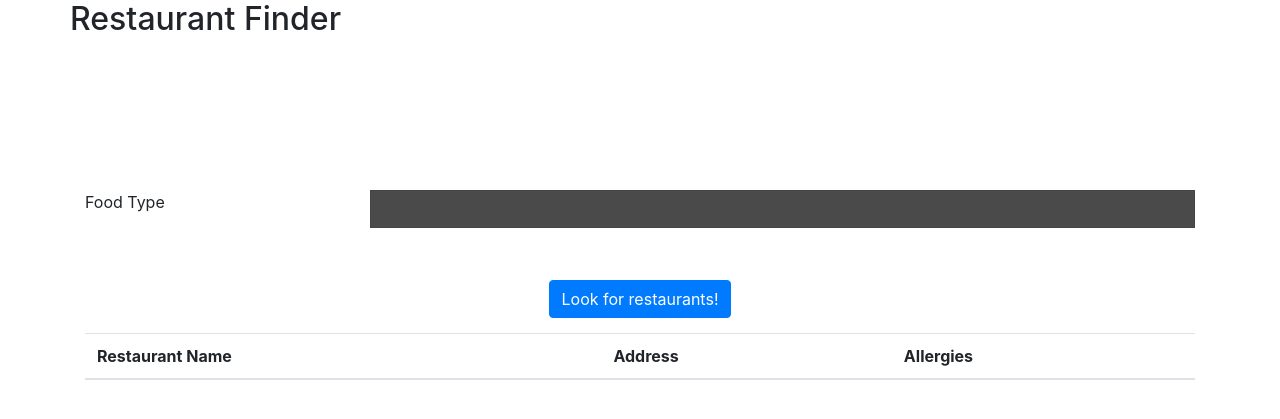
Repository: KobeRox/Loremips
Page: index.html
The author's editor kept a copy of each file at every save. The page is drawn from the files as they stood at one save, then again after the next save.
The browser window is 1280 px wide. The pictures show the whole page.
Some web libraries are served in a nearby version.

Above is the page before, as saved 2019-09-08 21:52:01.
Console error: TypeError: Cannot read properties of undefined (reading 'fn')

### index.html
<html>

<head>
    <link rel="stylesheet" href="style.css">
    <link rel="stylesheet" href="https://stackpath.bootstrapcdn.com/bootstrap/4.3.1/css/bootstrap.min.css"
        integrity="sha384-ggOyR0iXCbMQv3Xipma34MD+dH/1fQ784/j6cY/iJTQUOhcWr7x9JvoRxT2MZw1T" crossorigin="anonymous">
    <script src="https://stackpath.bootstrapcdn.com/bootstrap/4.3.1/js/bootstrap.min.js"
        integrity="sha384-JjSmVgyd0p3pXB1rRibZUAYoIIy6OrQ6VrjIEaFf/nJGzIxFDsf4x0xIM+B07jRM"
        crossorigin="anonymous"></script>
    <script src="https://ajax.googleapis.com/ajax/libs/jquery/3.4.1/jquery.min.js"></script>
    <script src="https://code.jquery.com/ui/1.12.1/jquery-ui.min.js"></script>
    <script src="zomato_cuisines.js"></script>
    <script src="zomato_restaurants.js"></script>
    <script src="contractResponse.js"></script>
    <script src="convertDataToHtml.js"></script>
    <script type="text/javascript" charset="utf-8">

        $(document).ready(function () {

            $("#searchbar").autocomplete({

                minLength: 0,
                source: get_cuisineList(),
                focus: function (event, ui) {
                    $("#searchbar").val(ui.item.label);
                    return false;
                },
                select: function (event, ui) {
                    $("#searchbar").val(ui.item.label);
                    return false;
                }
            })

            $("#clicking").click(function () {
                var search = $('#searchbar').val();
                //console.log(search)
                var c_list = get_cuisineList();
                //console.log(c_list);
                var c_id = get_cuisineId(search);
                //console.log(c_id);
                get_restaurants(c_id, function (data) {
                    //console.log(data);
                    convertDataToHtml(data);
                });
            });
        });
    </script>
</head>

<body >
    <div class="container">
        <div class="panel-body">

            <div class="row" style="text-align: center;">
                <h2>Restaurant Finder</h2>
            </div>

<br><br><br><br><br><br>

            <div class="row" style="margin-bottom: 50px;">
                <div class="col-xs-3 col-md-3">
                    <p>Food Type</p>
                </div>


                <div class="col-xs-9 col-md-9">
                    <input type="text" class="form-control" id='searchbar' size="3">
                </div>

            </div>
            <div class="row" style="text-align: center;">
                <div class="col-xs-12 col-md-12">
                    <button type="button" class="btn btn-primary" style="margin-bottom: 15px;" id="clicking">Look
                        for restaurants!</button>
                </div>
            </div>
        </div>

        <div class="row">
            <div class="col-xs-12 col-md-12">
                <table class="table">
                    <thead>
                        <tr>
                            <th scope="col">Restaurant Name</th>
                            <th scope="col">Address</th>
                            <th scope="col">Allergies</th>
                        </tr>
                    <tbody id="restoResults">

                    </tbody>
                    </thead>
                </table>
            </div>


        </div>
        <!-- <div class="panel-footer"></div> -->
    </div>


</body>

</html>

### style.css
body {
  background-color: #9ce7f5;
}

#searchbar {
  border-radius: 0px;
  background: #4a4a4a;
  color: #4cc3d8;
  border: 1px solid #454545;
  height: 0 0 30px;
}
#searchbar:hover {
  background: gray;
}

.ui-tooltip {
  background: yellow;
  color: #96f226;
  border: 2px solid navy;
  border-radius: 0px;
  box-shadow: 0 0;
}
.ui-autocomplete {
  background: #2089b9;
  border-radius: 0px;
  line-height: 30px;
  width: 160px;
}
.ui-autocomplete.source:hover {
  background: #2b9aa8;
}

.ui-menu .ui-menu-item a {
  background: red;
  height: 10px;
  font-size: 8px;
}

### zomato_cuisines.js
function get_cuisineId(name){

	for(var i=0; i<list_cuisine.length; i++){
		if (list_cuisine[i]["cuisine"]["cuisine_name"] == name)
			return list_cuisine[i]["cuisine"]["cuisine_id"];
	}
}

function get_cuisineList(){
	var cuisine_names= [];
	for(var i=0; i<list_cuisine.length; i++){
		cuisine_names.push(list_cuisine[i]["cuisine"]["cuisine_name"]);
	}
	return cuisine_names;
}
var  list_cuisine = [
        {
            "cuisine": {
                "cuisine_id": 6,
                "cuisine_name": "Afghani"
            }
        },
        {
            "cuisine": {
                "cuisine_id": 152,
                "cuisine_name": "African"
            }
        },
        {
            "cuisine": {
                "cuisine_id": 1,
                "cuisine_name": "American"
            }
        },
        {
            "cuisine": {
                "cuisine_id": 4,
                "cuisine_name": "Arabian"
            }
        },
        {
            "cuisine": {
                "cuisine_id": 151,
                "cuisine_name": "Argentine"
            }
        },
        {
            "cuisine": {
                "cuisine_id": 3,
                "cuisine_name": "Asian"
            }
        },
        {
            "cuisine": {
                "cuisine_id": 401,
                "cuisine_name": "Asian Fusion"
            }
        },
        {
            "cuisine": {
                "cuisine_id": 193,
                "cuisine_name": "BBQ"
            }
        },
        {
            "cuisine": {
                "cuisine_id": 5,
                "cuisine_name": "Bakery"
            }
        },
        {
            "cuisine": {
                "cuisine_id": 227,
                "cuisine_name": "Bar Food"
            }
        },
        {
            "cuisine": {
                "cuisine_id": 132,
                "cuisine_name": "Belgian"
            }
        },
        {
            "cuisine": {
                "cuisine_id": 270,
                "cuisine_name": "Beverages"
            }
        },
        {
            "cuisine": {
                "cuisine_id": 159,
                "cuisine_name": "Brazilian"
            }
        },
        {
            "cuisine": {
                "cuisine_id": 133,
                "cuisine_name": "British"
            }
        },
        {
            "cuisine": {
                "cuisine_id": 247,
                "cuisine_name": "Bubble Tea"
            }
        },
        {
            "cuisine": {
                "cuisine_id": 168,
                "cuisine_name": "Burger"
            }
        },
        {
            "cuisine": {
                "cuisine_id": 1039,
                "cuisine_name": "Cafe Food"
            }
        },
        {
            "cuisine": {
                "cuisine_id": 111,
                "cuisine_name": "Cambodian"
            }
        },
        {
            "cuisine": {
                "cuisine_id": 121,
                "cuisine_name": "Cantonese"
            }
        },
        {
            "cuisine": {
                "cuisine_id": 994,
                "cuisine_name": "Charcoal Chicken"
            }
        },
        {
            "cuisine": {
                "cuisine_id": 25,
                "cuisine_name": "Chinese"
            }
        },
        {
            "cuisine": {
                "cuisine_id": 161,
                "cuisine_name": "Coffee and Tea"
            }
        },
        {
            "cuisine": {
                "cuisine_id": 287,
                "cuisine_name": "Colombian"
            }
        },
        {
            "cuisine": {
                "cuisine_id": 144,
                "cuisine_name": "Contemporary"
            }
        },
        {
            "cuisine": {
                "cuisine_id": 35,
                "cuisine_name": "Continental"
            }
        },
        {
            "cuisine": {
                "cuisine_id": 928,
                "cuisine_name": "Creole"
            }
        },
        {
            "cuisine": {
                "cuisine_id": 881,
                "cuisine_name": "Crepes"
            }
        },
        {
            "cuisine": {
                "cuisine_id": 192,
                "cuisine_name": "Deli"
            }
        },
        {
            "cuisine": {
                "cuisine_id": 100,
                "cuisine_name": "Desserts"
            }
        },
        {
            "cuisine": {
                "cuisine_id": 268,
                "cuisine_name": "Drinks Only"
            }
        },
        {
            "cuisine": {
                "cuisine_id": 985,
                "cuisine_name": "Dumplings"
            }
        },
        {
            "cuisine": {
                "cuisine_id": 38,
                "cuisine_name": "European"
            }
        },
        {
            "cuisine": {
                "cuisine_id": 571,
                "cuisine_name": "Falafel"
            }
        },
        {
            "cuisine": {
                "cuisine_id": 40,
                "cuisine_name": "Fast Food"
            }
        },
        {
            "cuisine": {
                "cuisine_id": 1006,
                "cuisine_name": "Fijian"
            }
        },
        {
            "cuisine": {
                "cuisine_id": 112,
                "cuisine_name": "Filipino"
            }
        },
        {
            "cuisine": {
                "cuisine_id": 271,
                "cuisine_name": "Finger Food"
            }
        },
        {
            "cuisine": {
                "cuisine_id": 298,
                "cuisine_name": "Fish and Chips"
            }
        },
        {
            "cuisine": {
                "cuisine_id": 45,
                "cuisine_name": "French"
            }
        },
        {
            "cuisine": {
                "cuisine_id": 1025,
                "cuisine_name": "Fried Chicken"
            }
        },
        {
            "cuisine": {
                "cuisine_id": 501,
                "cuisine_name": "Frozen Yogurt"
            }
        },
        {
            "cuisine": {
                "cuisine_id": 274,
                "cuisine_name": "Fusion"
            }
        },
        {
            "cuisine": {
                "cuisine_id": 134,
                "cuisine_name": "German"
            }
        },
        {
            "cuisine": {
                "cuisine_id": 156,
                "cuisine_name": "Greek"
            }
        },
        {
            "cuisine": {
                "cuisine_id": 181,
                "cuisine_name": "Grill"
            }
        },
        {
            "cuisine": {
                "cuisine_id": 521,
                "cuisine_name": "Hawaiian"
            }
        },
        {
            "cuisine": {
                "cuisine_id": 143,
                "cuisine_name": "Healthy Food"
            }
        },
        {
            "cuisine": {
                "cuisine_id": 1022,
                "cuisine_name": "Hot Pot"
            }
        },
        {
            "cuisine": {
                "cuisine_id": 228,
                "cuisine_name": "Hungarian"
            }
        },
        {
            "cuisine": {
                "cuisine_id": 233,
                "cuisine_name": "Ice Cream"
            }
        },
        {
            "cuisine": {
                "cuisine_id": 148,
                "cuisine_name": "Indian"
            }
        },
        {
            "cuisine": {
                "cuisine_id": 114,
                "cuisine_name": "Indonesian"
            }
        },
        {
            "cuisine": {
                "cuisine_id": 154,
                "cuisine_name": "International"
            }
        },
        {
            "cuisine": {
                "cuisine_id": 140,
                "cuisine_name": "Iranian"
            }
        },
        {
            "cuisine": {
                "cuisine_id": 135,
                "cuisine_name": "Irish"
            }
        },
        {
            "cuisine": {
                "cuisine_id": 55,
                "cuisine_name": "Italian"
            }
        },
        {
            "cuisine": {
                "cuisine_id": 60,
                "cuisine_name": "Japanese"
            }
        },
        {
            "cuisine": {
                "cuisine_id": 265,
                "cuisine_name": "Jewish"
            }
        },
        {
            "cuisine": {
                "cuisine_id": 1042,
                "cuisine_name": "Jiangnan"
            }
        },
        {
            "cuisine": {
                "cuisine_id": 164,
                "cuisine_name": "Juices"
            }
        },
        {
            "cuisine": {
                "cuisine_id": 178,
                "cuisine_name": "Kebab"
            }
        },
        {
            "cuisine": {
                "cuisine_id": 167,
                "cuisine_name": "Kiwi"
            }
        },
        {
            "cuisine": {
                "cuisine_id": 67,
                "cuisine_name": "Korean"
            }
        },
        {
            "cuisine": {
                "cuisine_id": 1021,
                "cuisine_name": "Korean BBQ"
            }
        },
        {
            "cuisine": {
                "cuisine_id": 136,
                "cuisine_name": "Latin American"
            }
        },
        {
            "cuisine": {
                "cuisine_id": 66,
                "cuisine_name": "Lebanese"
            }
        },
        {
            "cuisine": {
                "cuisine_id": 69,
                "cuisine_name": "Malaysian"
            }
        },
        {
            "cuisine": {
                "cuisine_id": 977,
                "cuisine_name": "Meat Pie"
            }
        },
        {
            "cuisine": {
                "cuisine_id": 70,
                "cuisine_name": "Mediterranean"
            }
        },
        {
            "cuisine": {
                "cuisine_id": 73,
                "cuisine_name": "Mexican"
            }
        },
        {
            "cuisine": {
                "cuisine_id": 137,
                "cuisine_name": "Middle Eastern"
            }
        },
        {
            "cuisine": {
                "cuisine_id": 294,
                "cuisine_name": "Modern European"
            }
        },
        {
            "cuisine": {
                "cuisine_id": 1055,
                "cuisine_name": "Modern New Zealand"
            }
        },
        {
            "cuisine": {
                "cuisine_id": 74,
                "cuisine_name": "Mongolian"
            }
        },
        {
            "cuisine": {
                "cuisine_id": 147,
                "cuisine_name": "Moroccan"
            }
        },
        {
            "cuisine": {
                "cuisine_id": 117,
                "cuisine_name": "Nepalese"
            }
        },
        {
            "cuisine": {
                "cuisine_id": 50,
                "cuisine_name": "North Indian"
            }
        },
        {
            "cuisine": {
                "cuisine_id": 321,
                "cuisine_name": "Pacific"
            }
        },
        {
            "cuisine": {
                "cuisine_id": 139,
                "cuisine_name": "Pakistani"
            }
        },
        {
            "cuisine": {
                "cuisine_id": 209,
                "cuisine_name": "Pan Asian"
            }
        },
        {
            "cuisine": {
                "cuisine_id": 162,
                "cuisine_name": "Peruvian"
            }
        },
        {
            "cuisine": {
                "cuisine_id": 1020,
                "cuisine_name": "Pho"
            }
        },
        {
            "cuisine": {
                "cuisine_id": 82,
                "cuisine_name": "Pizza"
            }
        },
        {
            "cuisine": {
                "cuisine_id": 1019,
                "cuisine_name": "Poké"
            }
        },
        {
            "cuisine": {
                "cuisine_id": 87,
                "cuisine_name": "Portuguese"
            }
        },
        {
            "cuisine": {
                "cuisine_id": 983,
                "cuisine_name": "Pub Food"
            }
        },
        {
            "cuisine": {
                "cuisine_id": 320,
                "cuisine_name": "Ramen"
            }
        },
        {
            "cuisine": {
                "cuisine_id": 1033,
                "cuisine_name": "Roast"
            }
        },
        {
            "cuisine": {
                "cuisine_id": 84,
                "cuisine_name": "Russian"
            }
        },
        {
            "cuisine": {
                "cuisine_id": 998,
                "cuisine_name": "Salad"
            }
        },
        {
            "cuisine": {
                "cuisine_id": 304,
                "cuisine_name": "Sandwich"
            }
        },
        {
            "cuisine": {
                "cuisine_id": 83,
                "cuisine_name": "Seafood"
            }
        },
        {
            "cuisine": {
                "cuisine_id": 831,
                "cuisine_name": "Shanghai"
            }
        },
        {
            "cuisine": {
                "cuisine_id": 128,
                "cuisine_name": "Sichuan"
            }
        },
        {
            "cuisine": {
                "cuisine_id": 119,
                "cuisine_name": "Singaporean"
            }
        },
        {
            "cuisine": {
                "cuisine_id": 85,
                "cuisine_name": "South Indian"
            }
        },
        {
            "cuisine": {
                "cuisine_id": 89,
                "cuisine_name": "Spanish"
            }
        },
        {
            "cuisine": {
                "cuisine_id": 86,
                "cuisine_name": "Sri Lankan"
            }
        },
        {
            "cuisine": {
                "cuisine_id": 141,
                "cuisine_name": "Steak"
            }
        },
        {
            "cuisine": {
                "cuisine_id": 90,
                "cuisine_name": "Street Food"
            }
        },
        {
            "cuisine": {
                "cuisine_id": 177,
                "cuisine_name": "Sushi"
            }
        },
        {
            "cuisine": {
                "cuisine_id": 190,
                "cuisine_name": "Taiwanese"
            }
        },
        {
            "cuisine": {
                "cuisine_id": 179,
                "cuisine_name": "Tapas"
            }
        },
        {
            "cuisine": {
                "cuisine_id": 163,
                "cuisine_name": "Tea"
            }
        },
        {
            "cuisine": {
                "cuisine_id": 981,
                "cuisine_name": "Teppanyaki"
            }
        },
        {
            "cuisine": {
                "cuisine_id": 150,
                "cuisine_name": "Tex-Mex"
            }
        },
        {
            "cuisine": {
                "cuisine_id": 95,
                "cuisine_name": "Thai"
            }
        },
        {
            "cuisine": {
                "cuisine_id": 142,
                "cuisine_name": "Turkish"
            }
        },
        {
            "cuisine": {
                "cuisine_id": 1038,
                "cuisine_name": "Uyghur"
            }
        },
        {
            "cuisine": {
                "cuisine_id": 1034,
                "cuisine_name": "Vegan"
            }
        },
        {
            "cuisine": {
                "cuisine_id": 308,
                "cuisine_name": "Vegetarian"
            }
        },
        {
            "cuisine": {
                "cuisine_id": 641,
                "cuisine_name": "Venezuelan"
            }
        },
        {
            "cuisine": {
                "cuisine_id": 99,
                "cuisine_name": "Vietnamese"
            }
        },
        {
            "cuisine": {
                "cuisine_id": 978,
                "cuisine_name": "Yum Cha"
            }
        }
    ]

### zomato_restaurants.js
function get_restaurants(cuisine_id, callback) {
  $.ajax({
    url:
      "https://developers.zomato.com/api/v2.1/search?city_id=70&cuisines=" +
      cuisine_id,
    type: "GET",
    //d323749b276f5be54a2e776c45a7ad1a
    //b17db59020e7fbe543111e1e6c2e5ecb
    beforeSend: function(xhr) {
      xhr.setRequestHeader("user-key", "d323749b276f5be54a2e776c45a7ad1a");
    },
    success: function(data) {
      callback(convertContract(data));
    }
  });
}

### contractResponse.js
function convertContract(input) {
  var results = [];

  for (var x = 0; x < input.results_shown; x++) {
    results.push({
      restaurantName: input.restaurants[x].restaurant.name,
      address: input.restaurants[x].restaurant.location.address,
      allergies: input.restaurants[x].restaurant.cuisines.split(",")
    });
  }
  return results;
}

### convertDataToHtml.js
function convertDataToHtml(data) {
  var html;
  var test2 = document.getElementById("restoResults");
  test2.innerHTML = " ";
  for (var test in data) {
    let dataRow = data[test];
    var row = document.createElement("tr");
    for (var property in dataRow) {
      var th = document.createElement("td");
      th.scope = "col";
      th.innerText = dataRow[property];
      row.appendChild(th);
    }
    test2.appendChild(row);
  }
  return html;
}

After the next save:
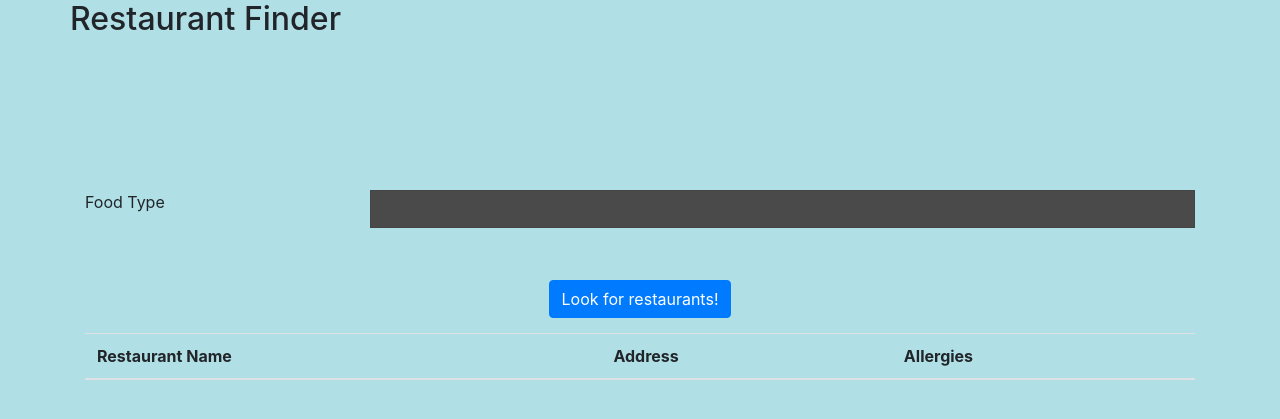
Saved 70 s later.
--- a/index.html
+++ b/index.html
@@ -47,7 +47,7 @@
     </script>
 </head>
 
-<body >
+<body  style="background-color:powderblue;">
     <div class="container">
         <div class="panel-body">
 
